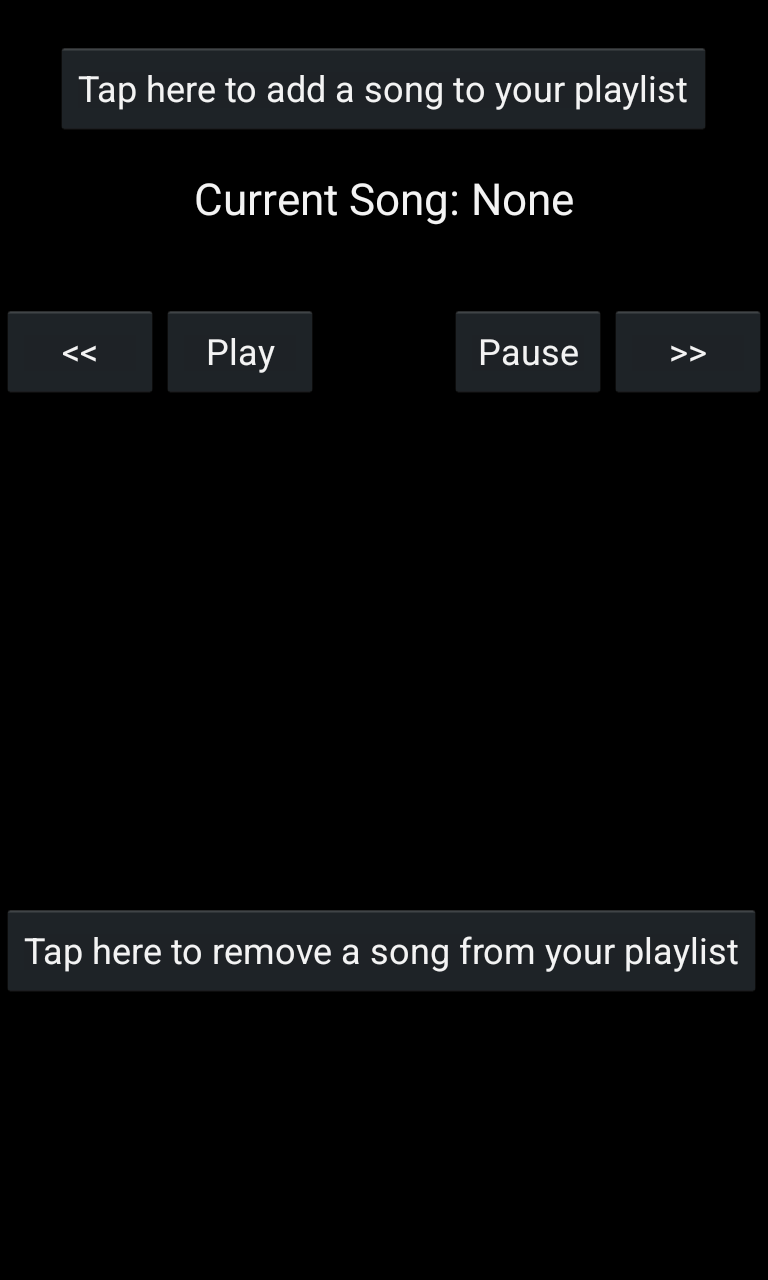
Repository: griff1/idpa2012projects
Layout: workspace/Player/res/layout/main2.xml
The author's editor kept a copy of each file at every save. The layout is drawn from the files as they stood at one save, then again after the next save.
It is drawn on a 768 x 1280 px phone screen (xhdpi) without system bars, with theme android:Theme.Holo; the app's code is not run.

Above is the layout before, as saved 2012-08-02 21:39:04.

After the next save:
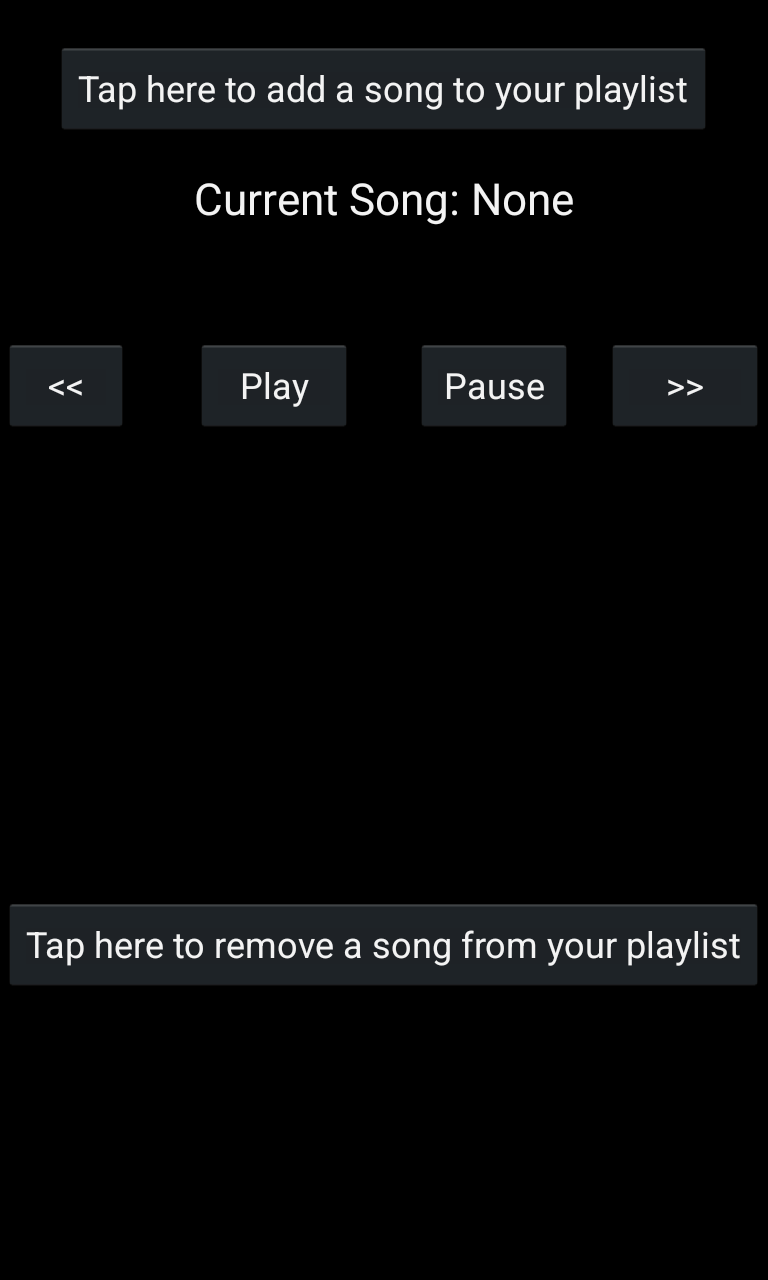
Saved 5 min 33 s later.
--- a/workspace/Player/res/layout/main2.xml
+++ b/workspace/Player/res/layout/main2.xml
@@ -2,6 +2,9 @@
 <LinearLayout android:layout_width="match_parent"
     android:layout_height="match_parent"
     android:orientation="vertical" xmlns:android="http://schemas.android.com/apk/res/android">
+
+
+
 
 
 
@@ -44,54 +47,46 @@
             android:layout_width="wrap_content"
             android:layout_height="wrap_content"
             android:layout_alignParentBottom="true"
-            android:layout_alignParentLeft="true"
-            android:layout_marginBottom="141dp"
+            android:layout_centerHorizontal="true"
+            android:layout_marginBottom="144dp"
             android:text="@string/TapHere2" />
 
 
-
         <Button
-            android:id="@+id/button3"
-            android:layout_width="80dp"
+            android:id="@+id/button7"
+            android:layout_width="wrap_content"
             android:layout_height="wrap_content"
-            android:layout_alignParentLeft="true"
+            android:layout_alignLeft="@+id/button2"
             android:layout_below="@+id/textView1"
-            android:layout_marginTop="38dp"
+            android:layout_marginTop="55dp"
             android:text="@string/Back" />
-
-
 
         <Button
             android:id="@+id/button4"
             android:layout_width="80dp"
             android:layout_height="wrap_content"
-            android:layout_alignBaseline="@+id/button3"
-            android:layout_alignBottom="@+id/button3"
-            android:layout_toRightOf="@+id/button3"
+            android:layout_alignBaseline="@+id/button7"
+            android:layout_alignBottom="@+id/button7"
+            android:layout_alignLeft="@+id/textView1"
             android:text="@string/Play" />
 
-
-
+        <Button
+            android:id="@+id/button5"
+            android:layout_width="80dp"
+            android:layout_height="wrap_content"
+            android:layout_alignBaseline="@+id/button4"
+            android:layout_alignBottom="@+id/button4"
+            android:layout_alignRight="@+id/textView1"
+            android:text="@string/Pause" />
 
         <Button
             android:id="@+id/button6"
             android:layout_width="80dp"
             android:layout_height="wrap_content"
-            android:layout_alignBaseline="@+id/button4"
-            android:layout_alignBottom="@+id/button4"
-            android:layout_alignParentRight="true"
+            android:layout_alignBaseline="@+id/button5"
+            android:layout_alignBottom="@+id/button5"
+            android:layout_alignRight="@+id/button2"
             android:text="@string/Forward" />
-
-
-
-        <Button
-            android:id="@+id/button5"
-            android:layout_width="80dp"
-            android:layout_height="wrap_content"
-            android:layout_alignBaseline="@+id/button6"
-            android:layout_alignBottom="@+id/button6"
-            android:layout_toLeftOf="@+id/button6"
-            android:text="@string/Pause" />
 
     </RelativeLayout>
 
